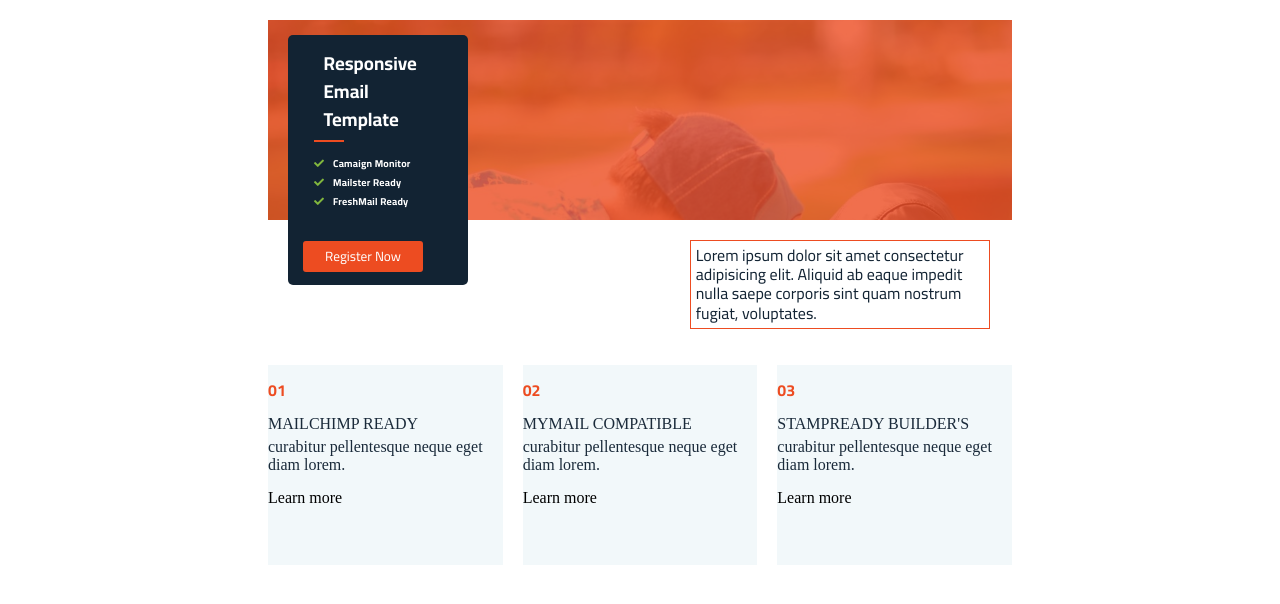
Repository: Z-ayat/Challenges
Page: Challenge 3/index.html
The author's editor kept a copy of each file at every save. The page is drawn from the files as they stood at one save, then again after the next save.
The browser window is 1280 px wide. The pictures show the whole page.

Above is the page before, as saved 2021-09-04 01:45:47.

### Challenge 3/index.html
<!DOCTYPE html>
<html lang="en">

<head>
    <meta charset="UTF-8">
    <title>Responsive Mail</title>
    <link rel="stylesheet" href="styling/css/master.css">
    <link rel="stylesheet" href="styling/css/all.min.css">
    <link rel="preconnect" href="https://fonts.googleapis.com">
    <link rel="preconnect" href="https://fonts.gstatic.com" crossorigin>
    <link href="https://fonts.googleapis.com/css2?family=Cairo:wght@400;600;700;900&display=swap" rel="stylesheet">
</head>

<body>
    <div class="layout">
        <div class="header">
            <div class="pop">
                <h3>Responsive Email Template</h3>
                <div class="checked">
                    <p class="green-right">Camaign Monitor</p>
                    <p class="green-right">Mailster Ready</p>
                    <p class="green-right">FreshMail Ready</p>
                </div>
                <button class="reg">Register Now</button>
            </div>
        </div>
        <div class="nthere">
            <div class="bord">
                <p>Lorem ipsum dolor sit amet consectetur adipisicing elit. Aliquid ab eaque impedit nulla saepe corporis sint quam nostrum fugiat, voluptates.</p>
            </div>
        </div>
        <div class="cards">
            <div class="one">
                <h4>01</h4>
                <p class="heading-of-card">mailchimp ready</p>
                <p class="card-shits">curabitur pellentesque neque eget diam lorem.</p>
                <p class="learnmore">Learn more </p>

            </div>
            <div class="two">
                <h4>02</h4>
                <p class="heading-of-card">mymail compatible</p>
                <p class="card-shits">curabitur pellentesque neque eget diam lorem.</p>
                <p class="learnmore">Learn more </p>
            </div>
            <div class="three">
                <h4>03</h4>
                <p class="heading-of-card">stampready builder's</p>
                <p class="card-shits">curabitur pellentesque neque eget diam lorem.</p>
                <p class="learnmore">Learn more </p>
            </div>
        </div>
        <div class="foot"><img src="" alt=""></div>
    </div>
</body>

</html>

### Challenge 3/styling/css/master.css
* {
    padding: 0;
    margin: 0;
    box-sizing: border-box;
}

:root {
    --maincolor: #122333;
    --secondrycolor: #ED4C21;
    --fontcolor: white;
    /* --anothercolor:; */
    --mainfont: 'Cairo', sans-serif;
    --cardsbgc: #F2F8FA;
}

h3 {
    width: 124px;
    font-family: var(--mainfont);
    color: var(--fontcolor);
}

.layout {
    padding: 20px;
    display: grid;
    gap: 10px;
    grid-template-rows: repeat(4, 1fr);
    grid-template-columns: 1fr 60% 1fr;
    height: 100vh;
}

.header {
    position: relative;
    grid-column-start: 2;
    width: 100%;
    height: 200px;
    background: url(../img/images-24_1080x.jpg);
    background-repeat: no-repeat;
    background-size: cover;
}

.header::after {
    height: 100%;
    width: 100%;
    position: absolute;
    left: 0;
    top: 0;
    z-index: 0;
    background-color: var(--secondrycolor);
    content: "";
    opacity: 0.8;
}

.green-right {
    position: relative;
    margin-left: 30px;
    font-size: 10px;
    font-weight: bold;
    letter-spacing: 0.23px;
    color: var(--fontcolor);
    font-family: var(--mainfont);
}

.checked {
    margin-top: 20px;
    background-color: var(--maincolor);
}

.pop {
    position: absolute;
    left: 20px;
    top: 15px;
    padding-top: 5px;
    padding-left: 15px;
    border-radius: 5px;
    width: 180px;
    height: 250px;
    background-color: var(--maincolor);
    z-index: 2;
    -webkit-border-radius: 5px;
    -moz-border-radius: 5px;
    -ms-border-radius: 5px;
    -o-border-radius: 5px;
}

.pop h3 {
    line-height: 1.5;
    position: relative;
    margin: 10px auto;
}

.pop h3::after {
    position: absolute;
    content: "";
    height: 2px;
    width: 30px;
    bottom: -8px;
    left: -10px;
    background-color: var(--secondrycolor);
}

.green-right::before {
    position: absolute;
    top: 4px;
    display: block;
    left: -19px;
    float: left;
    color: #81B73E;
    font-family: "Font Awesome 5 Free";
    font-weight: 900;
    content: "\f00c";
}

.green-right::before {
    display: inline-block;
    font-style: normal;
    font-variant: normal;
    text-rendering: auto;
    -webkit-font-smoothing: antialiased;
}

.reg {
    padding: 3px;
    width: 120px;
    color: var(--fontcolor);
    background-color: var(--secondrycolor);
    outline: none;
    border: none;
    border-radius: 3px;
    margin: 30px 0 20px 0px;
    font-family: var(--mainfont);
    -webkit-border-radius: 3px;
    -moz-border-radius: 3px;
    -ms-border-radius: 3px;
    -o-border-radius: 3px;
}

.nthere {
    grid-column-start: 2;
    grid-row-start: 2;
    position: relative;
}

.bord {
    border: var(--secondrycolor) solid 1px;
    padding: 5px;
    width: 300px;
    position: absolute;
    top: 10px;
    right: 3%;
    font-family: var(--mainfont);
    line-height: 1.2;
    color: var(--maincolor);
}

.cards {
    display: grid;
    gap: 20px;
    grid-template-columns: repeat(3, 1fr);
    justify-content: center;
    grid-column-start: 2;
    grid-row-start: 3;
}

.one,
.two,
.three {
    padding-top: 10px;
    height: 200px;
    background-color: var(--cardsbgc);
}

h4 {
    color: var(--secondrycolor);
    font-family: var(--mainfont);
    margin-bottom: 10px;
}

.heading-of-card {
    margin-bottom: 5px;
    text-transform: uppercase;
}

.card-shits {
    margin-bottom: 15px;
}

.heading-of-card,
.card-shits {
    color: #1A2A3A;
}

Loaded but not shown: Challenge 3/styling/css/all.min.css (library)

After the next save:
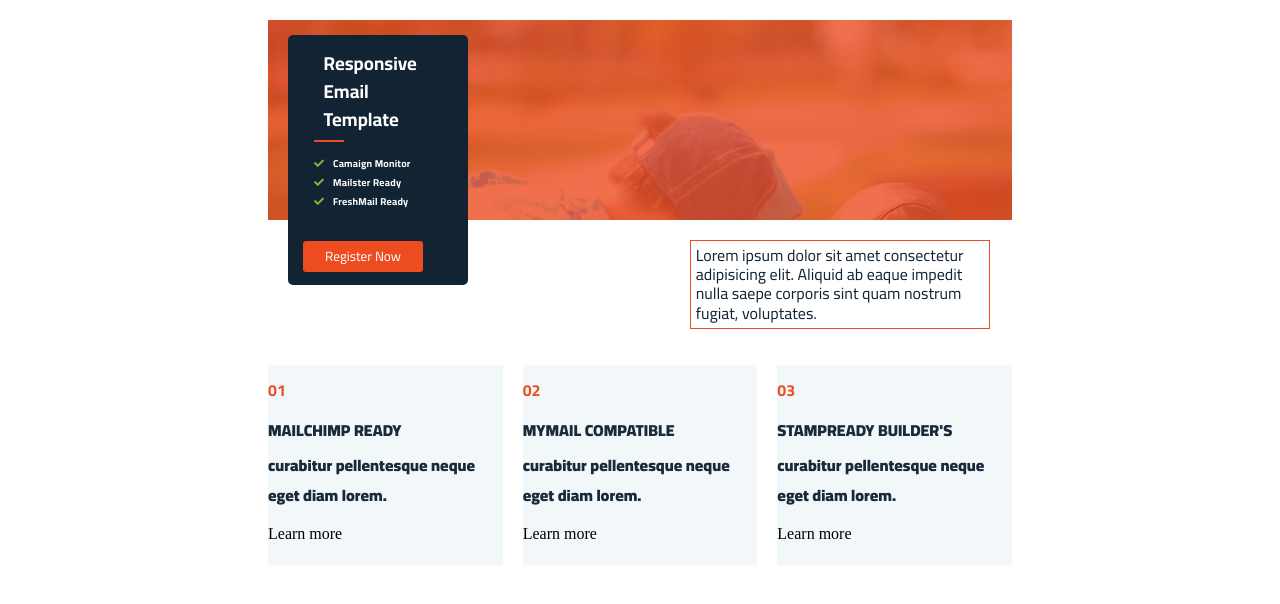
Saved 29 s later.
--- a/Challenge 3/styling/css/master.css
+++ b/Challenge 3/styling/css/master.css
@@ -187,4 +187,6 @@ h4 {
 .heading-of-card,
 .card-shits {
     color: #1A2A3A;
+    font-family: var(--mainfont);
+    font-weight: 800;
 }
